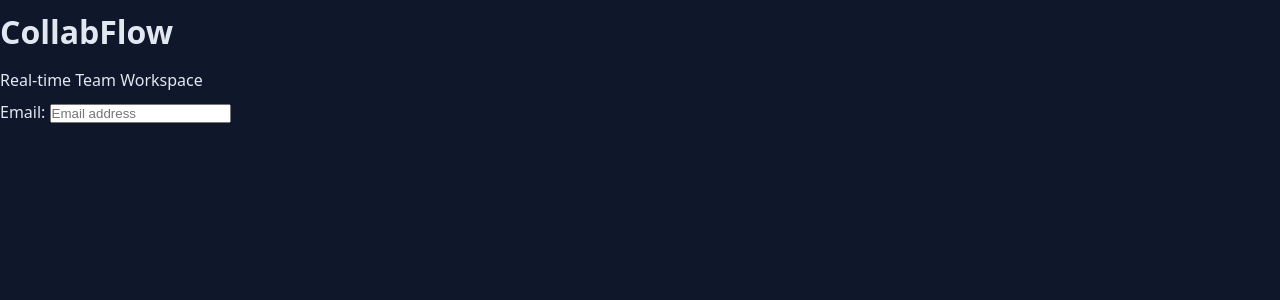
Repository: Lovethrech/collabflow
Page: /
These files come from the project's save history. The page is drawn as it stood at one moment and after the next save; the edit follows.
The browser window is 1280 px wide. The pictures show the whole page.
The project was rebuilt for these pictures with package versions that can differ from the ones it lists, and the page was loaded fresh each time. The framework's server and built-in components were replaced by stand-ins that run in the browser. Also part of the build but not shown: nuxt.config.ts.

Above is the page before, as saved 2026-05-20 19:10:54.

After the next save:
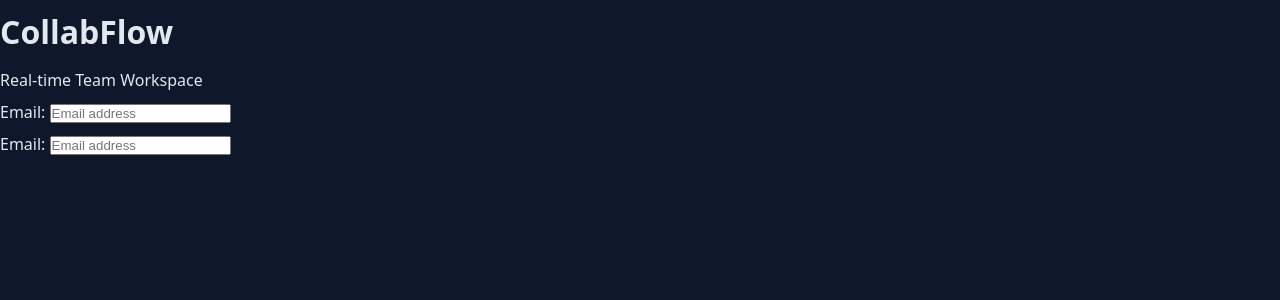
Saved 2 min 5 s later.
--- a/app/pages/index.vue
+++ b/app/pages/index.vue
@@ -27,7 +27,17 @@
                         requires
                     />
                 </div>
-
+                <div class="auth-form-label-and-input-ctn">
+                    <label for="email">
+                        Email:
+                    </label>
+                    <input
+                        v-model="email"
+                        type="email"
+                        placeholder="Email address"
+                        requires
+                    />
+                </div>
             </form>
         </div>
     </div>
